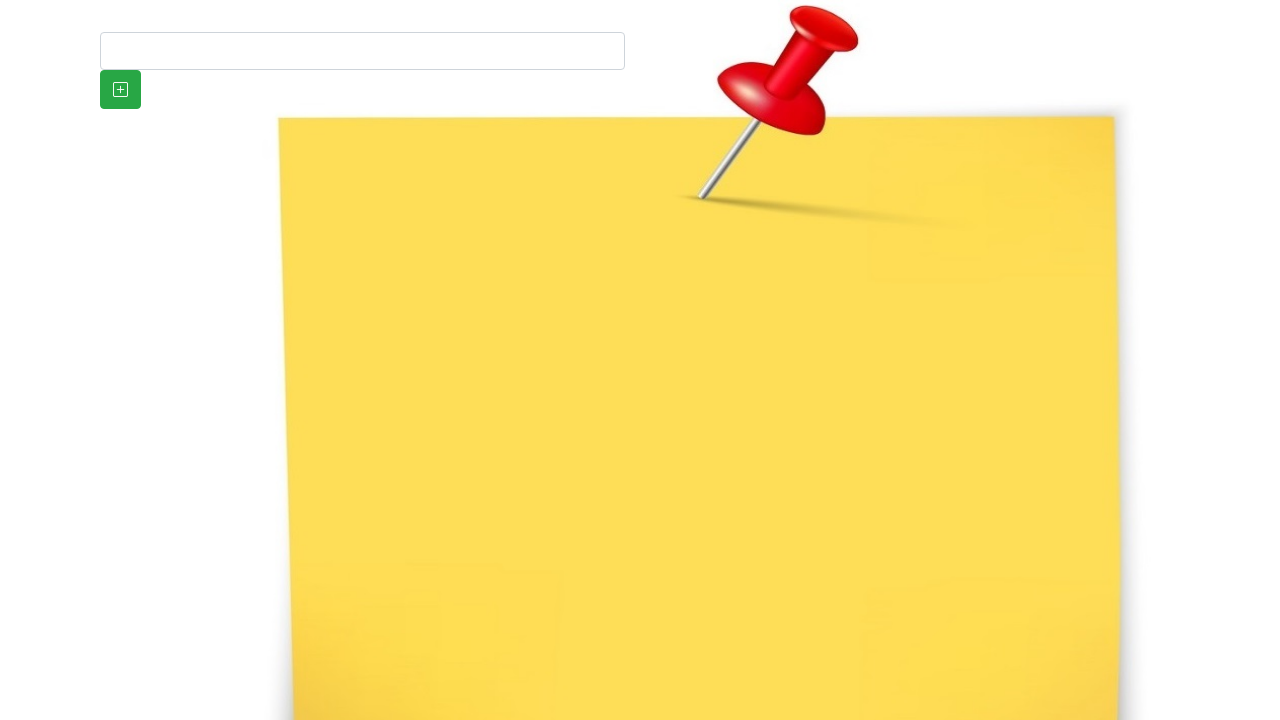
Repository: walaaElbasha/Todo-list-laravel
Page: http://localhost/tasks
An editor plug-in stored every save of this project. The page is shown before and after the next save, followed by the edit.
The browser window is 1280 px wide. The pictures show the whole page.
The page is served by the project's Laravel application, run on PHP 8.4 with Laravel 8. Other server files are loaded and not shown. Style sheets and scripts are compiled from the project's sources, by tool versions that may differ from the author's. Queries for data that is not in the repository find no rows.

Above is the page before, as saved 2021-07-01 14:01:09.

### routes/web.php
<?php

use Illuminate\Support\Facades\Route;
use App\Http\Controllers\TaskController;
/*
|--------------------------------------------------------------------------
| Web Routes
|--------------------------------------------------------------------------
|
| Here is where you can register web routes for your application. These
| routes are loaded by the RouteServiceProvider within a group which
| contains the "web" middleware group. Now create something great!
|
*/

Route::get('/', function () {
    return view('welcome');
});

Route::get('/tasks', [TaskController::class, 'index'])->name('tasks.index');
Route::post('/tasks', [TaskController::class, 'store'])->name('tasks.store');
Route::get('/tasks/{task}/edit', [TaskController::class, 'edit'])->name('tasks.edit');
Route::put('/tasks/{task}', [TaskController::class, 'update'])->name('tasks.update');
Route::delete('/tasks/{task}', [TaskController::class, 'destroy'])->name('tasks.destroy');

### app/Http/Controllers/TaskController.php
<?php

namespace App\Http\Controllers;
use Illuminate\Http\Request;
use App\Http\Requests\TaskRequest;
use App\Models\Task;


class TaskController extends Controller

{

    public function index()
    {
        $allTasks = Task::paginate(5);

        return view('tasks.index', [
            'allTasks' => $allTasks
        ]);
    }

    public function edit($taskId)
    {
        $task = Task::find($taskId);
        return view('tasks.edit', [
            'task' => $task,
        ]);
    }
    public function update($taskId, TaskRequest $request)
    {


        // $requestData = $request->all();

        // $task = Task::find($taskId);
        // $task->update($requestData);
        // $task->save();

        $requestData = $request->all();
        $task = Task::find($taskId);
        $task->update($requestData);
        $task->save();
        return redirect()->route('tasks.index')->with('success', "TODO updated successfully!");
    }

    public function destroy($taskId)
    {

        $task = Task::findorfail($taskId);

        $task->delete();
        return redirect()->route('tasks.index');
    }



    public function store(TaskRequest $request)
    {

        // $requestData = $request->all();
        // Task::create($requestData);

        $task = new Task;
        $task->name = $request->name;
        $task->save();
        return redirect()->route('tasks.index');
    }

}

### resources/views/tasks/index.blade.php
@extends('layouts.app')

@section('content')

<!-- Bootstrap Boilerplate... -->
<div>

    <div class="container">
        <!-- Display Validation Errors -->
        <ul>
            @foreach($allTasks as $task)

            <li>
                <div class="row" style="display:flex;">
                    <div class="col-6">
                        {{ $task->name}}



                        <div class="col-6" stye="justify-content:flex-end float:right">

                            <a href="{{ route('tasks.edit',['task' => $task['id']]) }}" class="btn btn-secondary" style="margin-bottom: 20px;"><i class="bi bi-pencil-square"></i>


                            </a>

                            <form style="display:inline" method="POST" action="{{route('tasks.destroy',['task' => $task['id']])}}">
                                @csrf
                                @method('DELETE')
                                <button onclick="return confirm('Are you sure?')" class="btn btn-danger" type="submit" style="margin-bottom: 20px;"><i class="bi bi-trash-fill"></i></button>
                            </form>
                        </div>
                        <br>
            </li>
            @endforeach
        </ul>
        <!-- New Task Form -->
        <form action="{{ route('tasks.store') }}" method="POST" class="form-horizontal">
            @csrf

            <!-- Task Name -->
            <div class="form-group">
                <div class="text-center" style="display:flex; justify-content:center; align-items:center">
                    {{$allTasks->links("pagination::bootstrap-4")}}

                </div>

                @if($errors->any())
                <div class="alert alert-danger">
                    <ul>
                        @foreach ($errors->all() as $error)
                        <li>{{ $error }}</li>
                        @endforeach
                    </ul>
                </div>
                @endif
                <div style="display:flex">
                    <div class="col-sm-6">
                        <input type="text" name="name" id="name" class="form-control">
                    </div>
                </div>
                <div class="form-group">
                    <div class="col-sm-offset-3 col-sm-6">
                        <button type="submit" class="btn btn-success">
                            <span style="font-size:15px"><i class="bi bi-plus-square"></i> </span>
                        </button>
                    </div>
                </div>
            </div>
        </form>
    </div>
</div>



<!-- TODO: Current Tasks -->
@endsection

### resources/views/layouts/app.blade.php
<!DOCTYPE html>
<html lang="en">

<head>
    <meta charset="utf-8">
    <meta name="viewport" content="width=device-width, initial-scale=1">

    <!-- CSRF Token -->
    <meta name="csrf-token" content="{{ csrf_token() }}">

    <title>{{ config('app.name', 'All Tasks') }}</title>

    <!-- Scripts -->
    <script src="{{ asset('js/app.js') }}" defer></script>

    <!-- Fonts -->
    <link rel="dns-prefetch" href="//fonts.gstatic.com">
    <link href="https://fonts.googleapis.com/css?family=Nunito" rel="stylesheet">

    <!-- Styles -->
    <link href="{{ asset('css/app.css') }}" rel="stylesheet">
    <link rel="stylesheet" href="https://cdn.jsdelivr.net/npm/bootstrap@4.6.0/dist/css/bootstrap.min.css" integrity="sha384-B0vP5xmATw1+K9KRQjQERJvTumQW0nPEzvF6L/Z6nronJ3oUOFUFpCjEUQouq2+l" crossorigin="anonymous">
    <link rel="stylesheet" href="path/to/font-awesome/css/font-awesome.min.css">
    <link rel="stylesheet" href="https://cdn.jsdelivr.net/npm/bootstrap-icons@1.5.0/font/bootstrap-icons.css">
</head>


<body style="background-image: url('sticky.jpg')  ; background-repeat: no-repeat;
  background-size: 1400px 950px;">
    <div class="container">
        <nav class="navbar navbar-default">
            <!-- Navbar Contents -->
        </nav>
    </div>

    @yield('content')

</body>

</html>

Loaded but not shown: app/Http/Controllers/Controller.php (common file); app/Models/Task.php (common file); resources/sass/app.scss (common file); resources/sass/_variables.scss (common file)

After the next save:
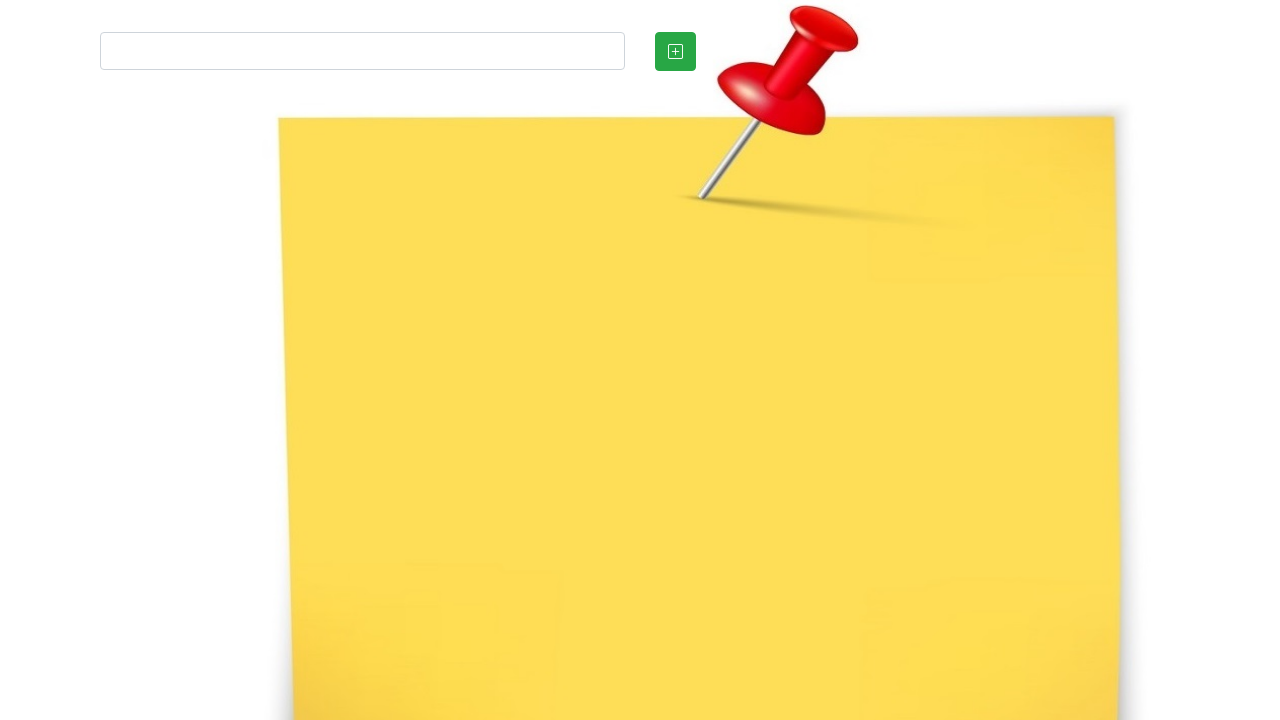
Saved 8 s later.
--- a/resources/views/tasks/index.blade.php
+++ b/resources/views/tasks/index.blade.php
@@ -58,12 +58,13 @@
                     <div class="col-sm-6">
                         <input type="text" name="name" id="name" class="form-control">
                     </div>
-                </div>
-                <div class="form-group">
-                    <div class="col-sm-offset-3 col-sm-6">
-                        <button type="submit" class="btn btn-success">
-                            <span style="font-size:15px"><i class="bi bi-plus-square"></i> </span>
-                        </button>
+
+                    <div class="form-group">
+                        <div class="col-sm-offset-3 col-sm-6">
+                            <button type="submit" class="btn btn-success">
+                                <span style="font-size:15px"><i class="bi bi-plus-square"></i> </span>
+                            </button>
+                        </div>
                     </div>
                 </div>
             </div>
